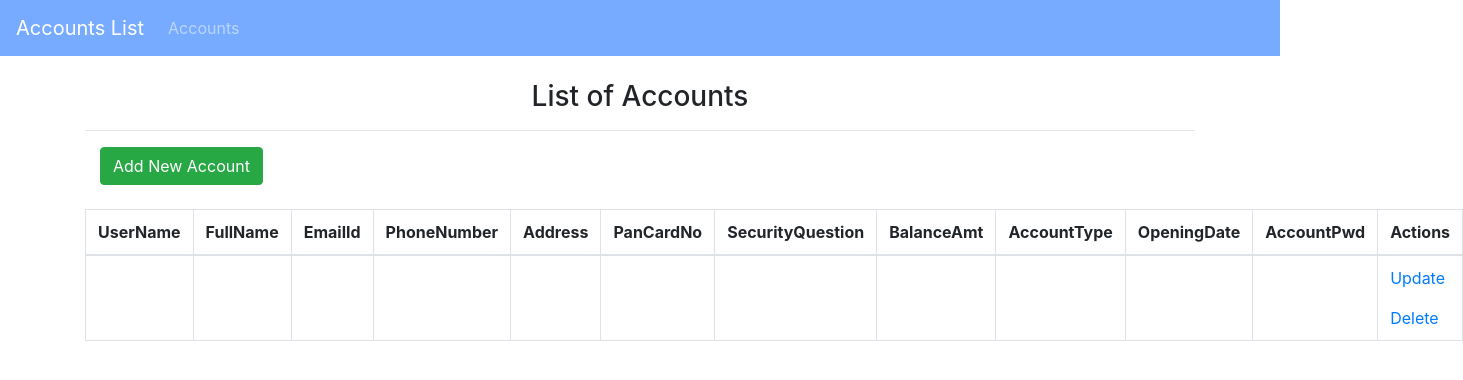
Repository: rukmini10/DXC
Page: http://localhost/Account/user-list.jsp
These files come from the project's save history. The page is drawn as it stood at one moment and after the next save; the edit follows.
The browser window is 1280 px wide. The page is 1463 px wide, then 1295 px, so the pictures cover 1463 px, including what lies to the right of the window. The pictures show the whole page.
The page is served by Tomcat 9. Nobody is signed in. The application's start-up code is not run. Other server files are loaded and not shown. The template is opened directly, without the code that normally fills it, so the values that code supplies are empty.

Above is the page before, as saved 2022-05-05 06:41:14.

### DXC_MAVEN/Account/src/main/webapp/user-list.jsp
<%@ page language="java" contentType="text/html; charset=UTF-8"
	pageEncoding="UTF-8"%>

<html>

<head>
<title>Account Management</title>
<link rel="stylesheet"
	href="https://stackpath.bootstrapcdn.com/bootstrap/4.3.1/css/bootstrap.min.css"
	integrity="sha384-ggOyR0iXCbMQv3Xipma34MD+dH/1fQ784/j6cY/iJTQUOhcWr7x9JvoRxT2MZw1T"
	crossorigin="anonymous">
</head>

<body>

	<header>
		<nav class="navbar navbar-expand-md navbar-dark"
			style="background-color: #77abff">
			<div>
				<a href="#" class="navbar-brand">
					Accounts List</a>
			</div>

			<ul class="navbar-nav">
				<li><a href="<%=request.getContextPath()%>/list"
					class="nav-link">Accounts</a></li>
			</ul>
		</nav>
	</header>
	<br>

	<div class="row">

		<div class="container">
			<h3 class="text-center">List of Accounts</h3>
			<hr>
			<div class="container">

				<a href="<%=request.getContextPath()%>/new" class="btn btn-success">Add
					New Account</a>
			</div>
			<br>
			<table  class="table table-bordered">
				<thead>
					<tr>
						<th>UserName</th>
						<th>FullName</th>
						<th>EmailId</th>
						<th>PhoneNumber</th>
						<th>Address</th>
						<th>PanCardNo</th>
						<th>SecurityQuestion</th>
						<th>BalanceAmt</th>
						<th>AccountType</th>
						<th>OpeningDate</th>
						<th>AccountPwd</th>
						<th>Actions</th>
					</tr>
				</thead>
				<tbody>

					<c:forEach var="accountholder" items="${listAccount}">

						<tr>
							<td><c:out value="${accountholder.UserName}" /></td>
							<td><c:out value="${accountholder.Full_Name}" /></td>
							<td><c:out value="${accountholder.Email}" /></td>
							<td><c:out value="${accountholder.Phone_Number}" /></td>
							<td><c:out value="${accountholder.Address}" /></td>
							<td><c:out value="${accountholder.Pancard_Number}" /></td>
							<td><c:out value="${accountholder.Security_Question}" /></td>
							<td><c:out value="${accountholder.Balance}" /></td>
							<td><c:out value="${accountholder.Account_Type}" /></td>
							<td><c:out value="${accountholder.Opening_Date}" /></td>
							<td><c:out value="${accountholder.Account_Password}" /></td>
							<td><a
								href="edit?UserName=<c:out value='${accountholder.UserName}' />">Update</a>
								&nbsp;&nbsp;&nbsp;&nbsp; <a
								href="delete?UserName=<c:out value='${accountholder.UserName}' />">Delete</a></td>
						</tr>
					</c:forEach>
					<!-- } -->
				</tbody>

			</table>
		</div>
	</div>
</body>

</html>

After the next save:
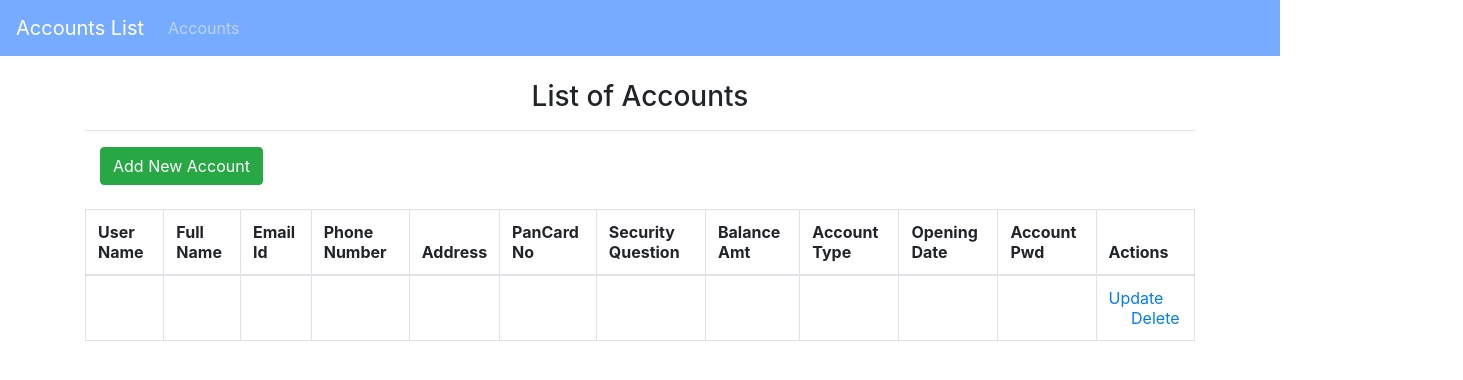
Saved 22 s later.
--- a/DXC_MAVEN/Account/src/main/webapp/user-list.jsp
+++ b/DXC_MAVEN/Account/src/main/webapp/user-list.jsp
@@ -43,17 +43,17 @@
 			<table  class="table table-bordered">
 				<thead>
 					<tr>
-						<th>UserName</th>
-						<th>FullName</th>
-						<th>EmailId</th>
-						<th>PhoneNumber</th>
+						<th>User Name</th>
+						<th>Full Name</th>
+						<th>Email Id</th>
+						<th>Phone Number</th>
 						<th>Address</th>
-						<th>PanCardNo</th>
-						<th>SecurityQuestion</th>
-						<th>BalanceAmt</th>
-						<th>AccountType</th>
-						<th>OpeningDate</th>
-						<th>AccountPwd</th>
+						<th>PanCard No</th>
+						<th>Security Question</th>
+						<th>Balance Amt</th>
+						<th>Account Type</th>
+						<th>Opening Date</th>
+						<th>Account Pwd</th>
 						<th>Actions</th>
 					</tr>
 				</thead>
